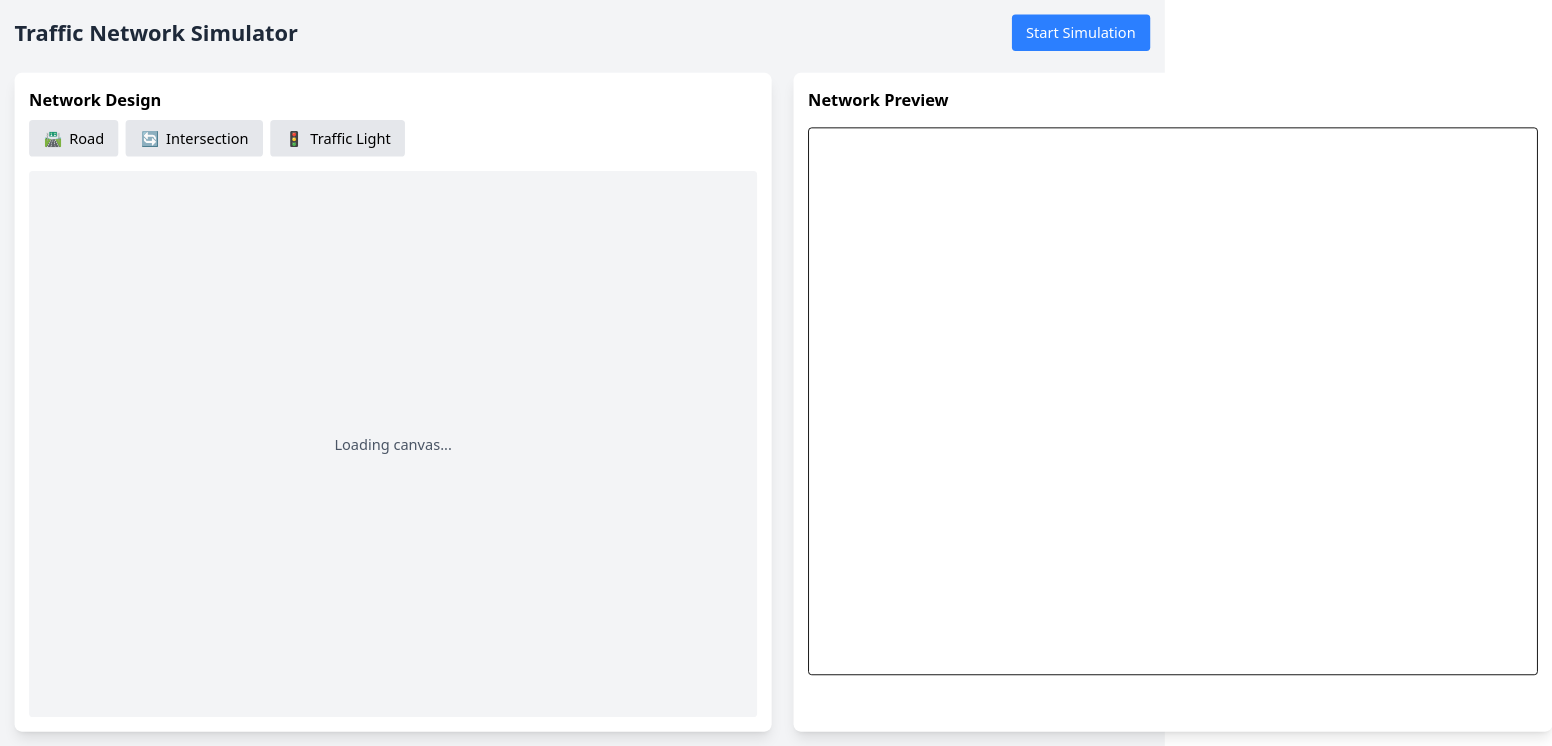
Repository: KooshaPari/NetWeave
Page: / (app in Fend/)
An editor plug-in stored every save of this project. The page is shown before and after the next save, followed by the edit.
The browser window is 1280 px wide. The page is 1706 px wide, so the pictures cover 1706 px, including what lies to the right of the window. The pictures show the whole page, at 91% of full size.
The project was rebuilt for these pictures with package versions that can differ from the ones it lists, and the page was loaded fresh each time. The framework's server and built-in components were replaced by stand-ins that run in the browser. Also part of the build but not shown: Fend/svelte.config.js, Fend/vite.config.ts.

Above is the page before, as saved 2025-02-18 18:03:36.

### Fend/src/routes/+page.svelte
<script lang="ts">
	import { onMount } from 'svelte';
	import DrawingCanvas from '$lib/components/DrawingCanvas.svelte';
	import OutputCanvas from '$lib/components/OutputCanvas.svelte';
	import ToolPanel from '$lib/components/ToolPanel.svelte';
	import type { SimulationState } from '$lib/types';

	// Define available tool types to match DrawingCanvas's toolSettings
	type RoadToolType = 'highway' | 'mainRoad' | 'localRoad';
	type IntersectionToolType = 'roundabout' | 'signalizedIntersection' | 'slipRoad';
	type Tool = RoadToolType | IntersectionToolType;

	// Initialize with a valid tool value that exists in toolSettings
	let selectedTool: Tool = 'localRoad';
	let isSimulating = false;
	let simulationState: SimulationState | null = null;

	function toggleSimulation() {
		isSimulating = !isSimulating;
	}

	function handleDrawingUpdate(event: CustomEvent<{ canvas: string; roadData: any }>) {
		simulationState = {
			networkImage: event.detail.canvas,
			vehicles: [],
			trafficLights: [],
			timestamp: Date.now()
		};
	}
</script>

<div class="min-h-screen bg-gray-100">
	<main class="container mx-auto p-4">
		<!-- Header with controls -->
		<header class="mb-6 flex items-center justify-between">
			<h1 class="text-2xl font-bold text-gray-800">Traffic Network Simulator</h1>
			<div class="flex items-center gap-4">
				<button
					class="rounded bg-blue-500 px-4 py-2 text-white hover:bg-blue-600"
					on:click={toggleSimulation}
				>
					{isSimulating ? 'View Network' : 'Start Simulation'}
				</button>
			</div>
		</header>

		<!-- Main content area -->
		<div class="flex gap-6">
			<!-- Left panel: Drawing tools and input canvas -->
			<div class="flex-1 rounded-lg bg-white p-4 shadow-lg">
				<div class="mb-4">
					<h2 class="mb-2 text-lg font-semibold">Network Design</h2>
					<ToolPanel {selectedTool} on:toolSelect={(e) => (selectedTool = e.detail)} />
				</div>
				<DrawingCanvas {selectedTool} on:update={handleDrawingUpdate} />
			</div>

			<!-- Right panel: Output canvas (pre-sim render or simulation) -->
			<div class="flex-1 rounded-lg bg-white p-4 shadow-lg">
				<h2 class="mb-4 text-lg font-semibold">
					{isSimulating ? 'Traffic Simulation' : 'Network Preview'}
				</h2>
				<OutputCanvas {simulationState} {isSimulating} />
			</div>
		</div>
	</main>
</div>

### Fend/src/lib/components/DrawingCanvas.svelte
<script lang="ts">
	import { onMount, createEventDispatcher } from 'svelte';
	import { browser } from '$app/environment';
	import type { RoadType, IntersectionType } from '$lib/types';

	// Define the valid tool types
	type ToolCategory = 'road' | 'intersection' | 'trafficLight';
	type RoadToolType = keyof typeof roadTypes;
	type IntersectionToolType = keyof typeof intersectionTypes;
	export let selectedTool: RoadToolType | IntersectionToolType;

	const dispatch = createEventDispatcher<CanvasEvents>();
	let isLoading = true;
	let canvas: HTMLCanvasElement;
	let fabricCanvas: any = null;

	interface CanvasEvents {
		update: {
			canvas: string;
			roadData: any;
		};
	}
	const roadTypes = {
		highway: {
			name: 'Highway',
			color: '#505050',
			width: 40,
			style: {
				strokeWidth: 40,
				stroke: '#505050',
				strokeDashArray: [20, 10]
			}
		},
		mainRoad: {
			name: 'Main Road',
			color: '#454545',
			width: 30,
			style: {
				strokeWidth: 30,
				stroke: '#454545',
				strokeDashArray: [15, 10]
			}
		},
		localRoad: {
			name: 'Local Road',
			color: '#383838',
			width: 20,
			style: {
				strokeWidth: 20,
				stroke: '#383838',
				strokeDashArray: [5, 5]
			}
		}
	};
	const intersectionTypes = {
		roundabout: {
			name: 'Roundabout',
			radius: 40,
			capacity: 2000,
			entries: 4,
			type: 'roundabout',
			style: {
				fill: '#454545',
				stroke: '#FFFFFF',
				strokeWidth: 2
			},
			trafficRules: {
				yieldBehavior: 'yield',
				mergeAngle: 30,
				priorityRoads: false
			}
		},
		signalizedIntersection: {
			name: 'Signalized Intersection',
			radius: 30,
			capacity: 1500,
			entries: 4,
			type: 'signalized',
			style: {
				fill: '#404040',
				stroke: '#FFFFFF',
				strokeWidth: 2
			},
			trafficRules: {
				yieldBehavior: 'signal',
				mergeAngle: 90,
				priorityRoads: true
			}
		},
		slipRoad: {
			name: 'Slip Road',
			radius: 25,
			capacity: 800,
			entries: 2,
			type: 'slip_road',
			style: {
				fill: '#383838',
				stroke: '#FFFFFF',
				strokeWidth: 1
			},
			trafficRules: {
				yieldBehavior: 'yield',
				mergeAngle: 15,
				priorityRoads: true
			}
		}
	} as const;
	const toolSettings = {
		// Road types
		highway: {
			...roadTypes.highway,
			category: 'road' as const
		},
		mainRoad: {
			...roadTypes.mainRoad,
			category: 'road' as const
		},
		localRoad: {
			...roadTypes.localRoad,
			category: 'road' as const
		},
		// Intersection types
		roundabout: {
			...intersectionTypes.roundabout,
			category: 'intersection' as const
		},
		signalizedIntersection: {
			...intersectionTypes.signalizedIntersection,
			category: 'intersection' as const
		},
		slipRoad: {
			...intersectionTypes.slipRoad,
			category: 'intersection' as const
		}
	} as const;
	let fabric: any = null;
	onMount(async () => {
		if (!browser) return;
		console.log('Loading fabric');
		try {
			console.log('Importing fabric');
			fabric = await import('fabric');
			console.log('Imported fabric');
			// Initialize canvas with proper configuration
			fabricCanvas = new fabric.Canvas(canvas, {
				backgroundColor: '#f8f9fa'
			});
			console.log('Creating fabric canvas');
			fabric.Object.prototype.noScaleCache = false;

			// Configure canvas settings
			console.log('Setting up canvas dimensions');
			fabricCanvas.setDimensions({
				width: 800,
				height: 600
			});
			console.log('Setting up canvas background color');
			//fabricCanvas.backgroundColor('#f8f9fa', fabricCanvas.renderAll.bind(fabricCanvas));
			console.log('Setting up canvas');
			// Set up initial drawing state
			initializeDrawingState(fabric);
			console.log('Initializing drawing state');
			addDefaultShapes(fabric);
			console.log('Adding default shapes');
			setupEventListeners();
			console.log('Canvas setup complete');
			isLoading = false;
		} catch (error) {
			console.error('Failed to initialize canvas:', error);
		}
	});

	function initializeDrawingState(fabric: any) {
		// Default to highway if tool doesn't match road type
		const currentRoad = roadTypes[selectedTool as keyof typeof roadTypes] || roadTypes.highway;

		fabricCanvas.isDrawingMode = true;
		const brush = new fabric.PencilBrush(fabricCanvas);
		brush.width = currentRoad.width;
		brush.color = currentRoad.color;
		brush.strokeDashArray = currentRoad.style.strokeDashArray;
		fabricCanvas.freeDrawingBrush = brush;
	}

	function addDefaultShapes(fabric: any) {
		// Add grid
		const gridSize = 20;
		const gridColor = '#e0e0e0';

		// Draw vertical grid lines
		for (let i = 0; i <= fabricCanvas.width; i += gridSize) {
			const line = new fabric.Line([i, 0, i, fabricCanvas.height], {
				stroke: gridColor,
				selectable: false,
				strokeUniform: true,
				strokeWidth: 1
			});
			fabricCanvas.add(line);
		}

		// Draw horizontal grid lines
		for (let i = 0; i <= fabricCanvas.height; i += gridSize) {
			const line = new fabric.Line([0, i, fabricCanvas.width, i], {
				stroke: gridColor,
				selectable: false,
				strokeUniform: true,
				strokeWidth: 1
			});
			fabricCanvas.add(line);
		}

		// Add default signalized intersection as placeholder
		const defaultIntersection = toolSettings.signalizedIntersection;
		const intersection = new fabric.Rect({
			left: 100,
			top: 100,
			fill: defaultIntersection.style.fill,
			width: defaultIntersection.radius * 2,
			height: defaultIntersection.radius * 2,
			strokeWidth: defaultIntersection.style.strokeWidth,
			stroke: defaultIntersection.style.stroke,
			rx: 10,
			ry: 10,
			hasControls: true,
			strokeUniform: true
		});
		fabricCanvas.add(intersection);
	}
	function updateConnectedRoads(intersection: any) {
		const connectedPaths = fabricCanvas.getObjects('path').filter((path: any) => {
			return path.intersectsWithObject(intersection);
		});

		connectedPaths.forEach((path: any) => {
			adjustRoadConnection(path, intersection);
		});
	}

	function adjustRoadConnection(road: any, intersection: any) {
		// Implement road connection logic based on intersection type
		const intersectionType = intersection.data.type;
		const roadType = road.data.type;

		switch (intersectionType) {
			case 'roundabout':
				adjustRoundaboutConnection(road, intersection);
				break;
			case 'signalized':
				adjustSignalizedConnection(road, intersection);
				break;
			case 'slip_road':
				adjustSlipRoadConnection(road, intersection);
				break;
		}
	}
	function adjustRoundaboutConnection(road: any, intersection: any) {
		console.log('Adjusting slip road connection', road, intersection);
	}
	function adjustSignalizedConnection(road: any, intersection: any) {
		console.log('Adjusting slip road connection', road, intersection);
	}
	function adjustSlipRoadConnection(road: any, intersection: any) {
		console.log('Adjusting slip road connection', road, intersection);
	}

	function setupEventListeners() {
		fabricCanvas.on('path:created', (e: any) => {
			const path = e.path;
			dispatch('update', {
				canvas: fabricCanvas.toDataURL(),
				roadData: path.data
			});
		});
		fabricCanvas.on('mouse:dblclick', handleIntersectionCreation);

		fabricCanvas.on('object:moving', (e: any) => {
			if (e.target.data?.type === 'roundabout') {
				updateConnectedRoads(e.target);
			}
		});
	}

	async function addLaneMarkers(path: any, roadType: RoadType) {
		const coords = path.path;
		if (!coords || coords.length < 2) return;

		// Create center line for two-way roads
		const centerLine = new fabric.Path(path.path, {
			stroke: '#FFFFFF',
			strokeWidth: 2,
			strokeDashArray: [10, 10],
			selectable: false
		});

		// Create lane dividers
		if (roadType.lanes > 1) {
			const laneWidth = roadType.width / roadType.lanes;
			for (let i = 1; i < roadType.lanes; i++) {
				const offset = i * laneWidth - roadType.width / 2;
				const laneDivider = new fabric.Path(path.path, {
					stroke: '#FFFFFF',
					strokeWidth: 1,
					strokeDashArray: [5, 5],
					selectable: false,
					objectCaching: false
				});
				fabricCanvas.add(laneDivider);
			}
		}

		fabricCanvas.add(centerLine);
		fabricCanvas.renderAll();
	}

	function createEntryPoint(fabric: any, config: IntersectionType, angle: number) {
		const length = 20;
		const x = config.radius * Math.cos((angle * Math.PI) / 180);
		const y = config.radius * Math.sin((angle * Math.PI) / 180);

		return new fabric.Line(
			[
				x,
				y,
				x + length * Math.cos((angle * Math.PI) / 180),
				y + length * Math.sin((angle * Math.PI) / 180)
			],
			{
				stroke: '#FFFFFF',
				strokeWidth: 2
			}
		);
	}

	function createTrafficLightPoint(fabric: any, config: IntersectionType, angle: number) {
		return new fabric.Circle({
			radius: 3,
			fill: '#FF0000',
			left: config.radius + config.radius * Math.cos((angle * Math.PI) / 180),
			top: config.radius + config.radius * Math.sin((angle * Math.PI) / 180)
		});
	}

	function addPedestrianCrossings(fabric: any, intersection: any, config: IntersectionType) {
		const crossingWidth = 10;
		const stripeCount = 6;

		for (let i = 0; i < 4; i++) {
			const group = new fabric.Group([], {
				left: i % 2 === 0 ? -crossingWidth : config.radius * 2,
				top: i < 2 ? 0 : config.radius * 2 - crossingWidth
			});

			for (let j = 0; j < stripeCount; j++) {
				const stripe = new fabric.Rect({
					left: j * (crossingWidth / stripeCount),
					top: 0,
					width: crossingWidth / stripeCount / 2,
					height: crossingWidth,
					fill: '#FFFFFF'
				});
				group.addWithUpdate(stripe);
			}

			intersection.addWithUpdate(group);
		}
	}
	function addRoundaboutElements(fabric: any, intersection: any, config: IntersectionType) {
		// Central circle
		const circle = new fabric.Circle({
			radius: config.radius,
			fill: config.style.fill,
			stroke: config.style.stroke,
			strokeWidth: config.style.strokeWidth
		});

		// Lane markings
		const innerCircle = new fabric.Circle({
			radius: config.radius - 15,
			fill: 'transparent',
			stroke: '#FFFFFF',
			strokeWidth: 1,
			strokeDashArray: [5, 5]
		});

		// Entry points
		for (let i = 0; i < config.entries; i++) {
			const angle = (i * 360) / config.entries;
			const entry = createEntryPoint(fabric, config, angle);
			intersection.addWithUpdate(entry);
		}

		intersection.addWithUpdate(circle);
		intersection.addWithUpdate(innerCircle);
	}

	function addSignalizedElements(fabric: any, intersection: any, config: IntersectionType) {
		// Create base intersection
		const base = new fabric.Rect({
			width: config.radius * 2,
			height: config.radius * 2,
			fill: config.style.fill,
			stroke: config.style.stroke,
			strokeWidth: config.style.strokeWidth
		});

		// Add traffic light points
		for (let i = 0; i < config.entries; i++) {
			const angle = i * 90;
			const light = createTrafficLightPoint(fabric, config, angle);
			intersection.addWithUpdate(light);
		}

		// Add pedestrian crossings
		addPedestrianCrossings(fabric, intersection, config);

		intersection.addWithUpdate(base);
	}

	function addSlipRoadElements(fabric: any, intersection: any, config: IntersectionType) {
		// Create curved slip road path
		const path = new fabric.Path('M 0 0 Q 50 0 50 50', {
			fill: 'transparent',
			stroke: config.style.fill,
			strokeWidth: config.style.strokeWidth
		});

		// Add yield markings
		const yieldLine = new fabric.Path('M 40 40 L 60 40', {
			stroke: '#FFFFFF',
			strokeWidth: 2,
			strokeDashArray: [5, 5]
		});

		intersection.addWithUpdate(path);
		intersection.addWithUpdate(yieldLine);
	}
	function createIntersection(
		fabric: any,
		intersectionType: IntersectionType,
		position: { x: number; y: number }
	) {
		const intersection = new fabric.Group([], {
			left: position.x,
			top: position.y,
			selectable: true,
			data: {
				type: intersectionType.type,
				capacity: intersectionType.capacity,
				trafficRules: intersectionType.trafficRules
			}
		});

		switch (intersectionType.type) {
			case 'roundabout':
				addRoundaboutElements(fabric, intersection, intersectionType);
				break;
			case 'signalized':
				addSignalizedElements(fabric, intersection, intersectionType);
				break;
			case 'slip_road':
				addSlipRoadElements(fabric, intersection, intersectionType);
				break;
		}

		return intersection;
	}
	function handleIntersectionCreation(e: any) {
		const pointer = fabricCanvas.getPointer(e);
		const intersectionType = intersectionTypes[selectedTool as keyof typeof intersectionTypes];

		if (intersectionType) {
			const intersection = createIntersection(fabric, intersectionType, {
				x: pointer.x,
				y: pointer.y
			});

			fabricCanvas.add(intersection);
			fabricCanvas.renderAll();
		}
	}
	async function updateBrush() {
		if (!fabricCanvas) return;

		const toolConfig = toolSettings[selectedTool];
		if (!toolConfig) return;

		if (toolConfig.category === 'road') {
			const brush = new fabric.PencilBrush(fabricCanvas);
			brush.width = toolConfig.width;
			brush.color = toolConfig.color;
			brush.strokeDashArray = toolConfig.style.strokeDashArray;
			fabricCanvas.freeDrawingBrush = brush;
		}
	}

	// Update your reactive statement
	$: if (fabricCanvas && selectedTool) {
		updateBrush();
	}

	function toggleUniform() {
		const activeObject = fabricCanvas.getActiveObject();
		if (!activeObject) return;

		if (activeObject.type === 'activeSelection') {
			activeObject.getObjects().forEach((obj: any) => {
				obj.set('strokeUniform', !obj.strokeUniform);
			});
		} else {
			activeObject.set('strokeUniform', !activeObject.strokeUniform);
		}
		fabricCanvas.requestRenderAll();
	}
	async function setupIntersection(e: any) {
		const pointer = fabricCanvas.getPointer(e);
		const intersectionType = intersectionTypes[selectedTool as keyof typeof intersectionTypes];

		if (intersectionType) {
			const intersection = createIntersection(fabric, intersectionType, {
				x: pointer.x,
				y: pointer.y
			});
			fabricCanvas.add(intersection);
			fabricCanvas.renderAll();
		}
	}

	$: if (fabricCanvas && selectedTool) {
		updateBrush();
	}
</script>

<div class="canvas-container">
	{#if isLoading}
		<div class="flex h-[600px] items-center justify-center rounded bg-gray-100">
			<span class="text-gray-600">Loading canvas...</span>
		</div>
	{:else}
		<canvas bind:this={canvas} class="rounded border border-gray-200 shadow-sm"></canvas>
	{/if}
</div>

<style>
	.canvas-container {
		width: 800px;
		height: 600px;
	}
</style>

### Fend/src/lib/components/OutputCanvas.svelte
<script lang="ts">
	import { onMount } from 'svelte';
	import type { SimulationState } from '$lib/types';

	export let simulationState: SimulationState | null = null;
	export let isSimulating: boolean = false;

	let canvas: HTMLCanvasElement;
	let ctx: CanvasRenderingContext2D;
	let animationFrame: number;

	onMount(() => {
		ctx = canvas.getContext('2d')!;

		if (isSimulating) {
			startSimulationLoop();
		}

		return () => {
			if (animationFrame) {
				cancelAnimationFrame(animationFrame);
			}
		};
	});

	$: if (ctx && isSimulating) {
		startSimulationLoop();
	} else if (ctx && !isSimulating) {
		stopSimulationLoop();
	}

	function startSimulationLoop() {
		const loop = () => {
			if (simulationState) {
				renderFrame(simulationState);
			}
			animationFrame = requestAnimationFrame(loop);
		};
		loop();
	}

	function stopSimulationLoop() {
		if (animationFrame) {
			cancelAnimationFrame(animationFrame);
		}

		if (simulationState) {
			renderNetwork(simulationState);
		}
	}

	function renderNetwork(state: SimulationState) {
		const img = new Image();
		img.onload = () => {
			ctx.clearRect(0, 0, canvas.width, canvas.height);
			ctx.drawImage(img, 0, 0);
		};
		img.src = state.networkImage;
	}

	function renderFrame(state: SimulationState) {
		ctx.clearRect(0, 0, canvas.width, canvas.height);

		const img = new Image();
		img.onload = () => {
			ctx.drawImage(img, 0, 0);

			state.vehicles.forEach((vehicle) => {
				ctx.fillStyle = '#4CAF50';
				ctx.beginPath();
				ctx.arc(vehicle.x, vehicle.y, 4, 0, Math.PI * 2);
				ctx.fill();
			});

			state.trafficLights.forEach((light) => {
				ctx.fillStyle = light.state === 'red' ? '#FF0000' : '#00FF00';
				ctx.beginPath();
				ctx.arc(light.x, light.y, 6, 0, Math.PI * 2);
				ctx.fill();
			});
		};
		img.src = state.networkImage;
	}
</script>

<canvas bind:this={canvas} width={800} height={600} class="rounded border" />

### Fend/src/lib/components/ToolPanel.svelte
<script lang="ts">
	import { createEventDispatcher } from 'svelte';
	import type { Tool } from '$lib/types';

	export let selectedTool: Tool;
	const dispatch = createEventDispatcher();

	const tools = [
		{ id: 'road', label: 'Road', icon: '🛣️' },
		{ id: 'intersection', label: 'Intersection', icon: '🔄' },
		{ id: 'trafficLight', label: 'Traffic Light', icon: '🚦' }
	];
</script>

<div class="mb-4 flex gap-2">
	{#each tools as tool}
		<button
			class="flex items-center gap-2 rounded px-4 py-2 {selectedTool === tool.id
				? 'bg-blue-500 text-white'
				: 'bg-gray-200'}"
			on:click={() => dispatch('toolSelect', tool.id)}
		>
			<span>{tool.icon}</span>
			<span>{tool.label}</span>
		</button>
	{/each}
</div>

Loaded but not shown: Fend/src/app.html (common file); Fend/src/routes/+layout.svelte (common file); Fend/src/app.css (common file)

After the next save:
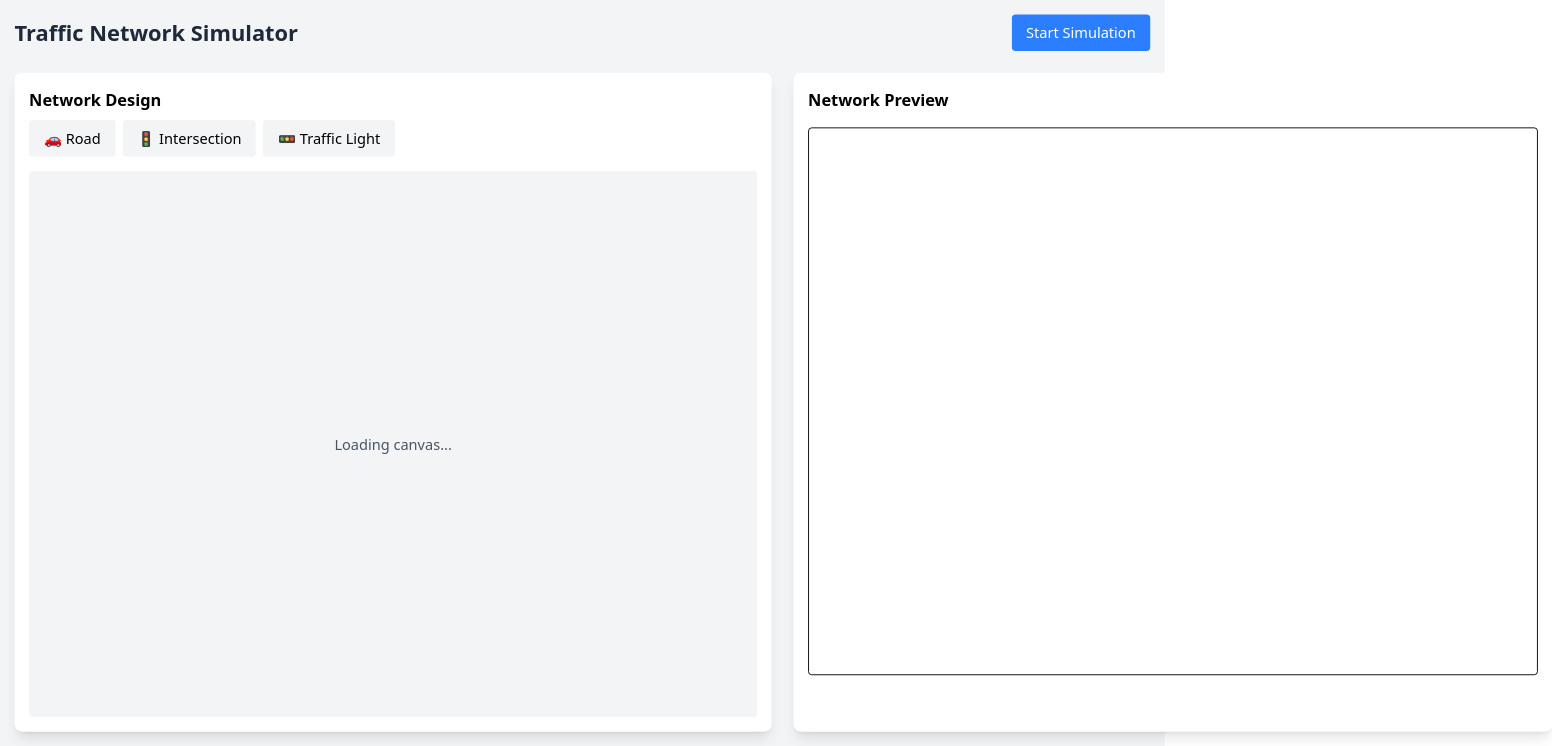
Saved 77 s later.
--- a/Fend/src/lib/components/ToolPanel.svelte
+++ b/Fend/src/lib/components/ToolPanel.svelte
@@ -1,27 +1,41 @@
 <script lang="ts">
 	import { createEventDispatcher } from 'svelte';
-	import type { Tool } from '$lib/types';
 
-	export let selectedTool: Tool;
-	const dispatch = createEventDispatcher();
+	type ToolType = 'road' | 'intersection' | 'trafficLight';
+	export let selectedTool: ToolType;
 
-	const tools = [
-		{ id: 'road', label: 'Road', icon: '🛣️' },
-		{ id: 'intersection', label: 'Intersection', icon: '🔄' },
-		{ id: 'trafficLight', label: 'Traffic Light', icon: '🚦' }
-	];
+	const dispatch = createEventDispatcher<{
+		toolSelect: ToolType;
+	}>();
+
+	function handleToolSelect(tool: ToolType) {
+		dispatch('toolSelect', tool);
+	}
 </script>
 
-<div class="mb-4 flex gap-2">
-	{#each tools as tool}
-		<button
-			class="flex items-center gap-2 rounded px-4 py-2 {selectedTool === tool.id
-				? 'bg-blue-500 text-white'
-				: 'bg-gray-200'}"
-			on:click={() => dispatch('toolSelect', tool.id)}
-		>
-			<span>{tool.icon}</span>
-			<span>{tool.label}</span>
-		</button>
-	{/each}
+<div class="flex gap-2">
+	<button
+		class="flex items-center gap-2 rounded px-4 py-2 {selectedTool === 'road'
+			? 'bg-blue-100'
+			: 'bg-gray-100'}"
+		on:click={() => handleToolSelect('road')}
+	>
+		🚗 Road
+	</button>
+	<button
+		class="flex items-center gap-2 rounded px-4 py-2 {selectedTool === 'intersection'
+			? 'bg-blue-100'
+			: 'bg-gray-100'}"
+		on:click={() => handleToolSelect('intersection')}
+	>
+		🚦 Intersection
+	</button>
+	<button
+		class="flex items-center gap-2 rounded px-4 py-2 {selectedTool === 'trafficLight'
+			? 'bg-blue-100'
+			: 'bg-gray-100'}"
+		on:click={() => handleToolSelect('trafficLight')}
+	>
+		🚥 Traffic Light
+	</button>
 </div>
